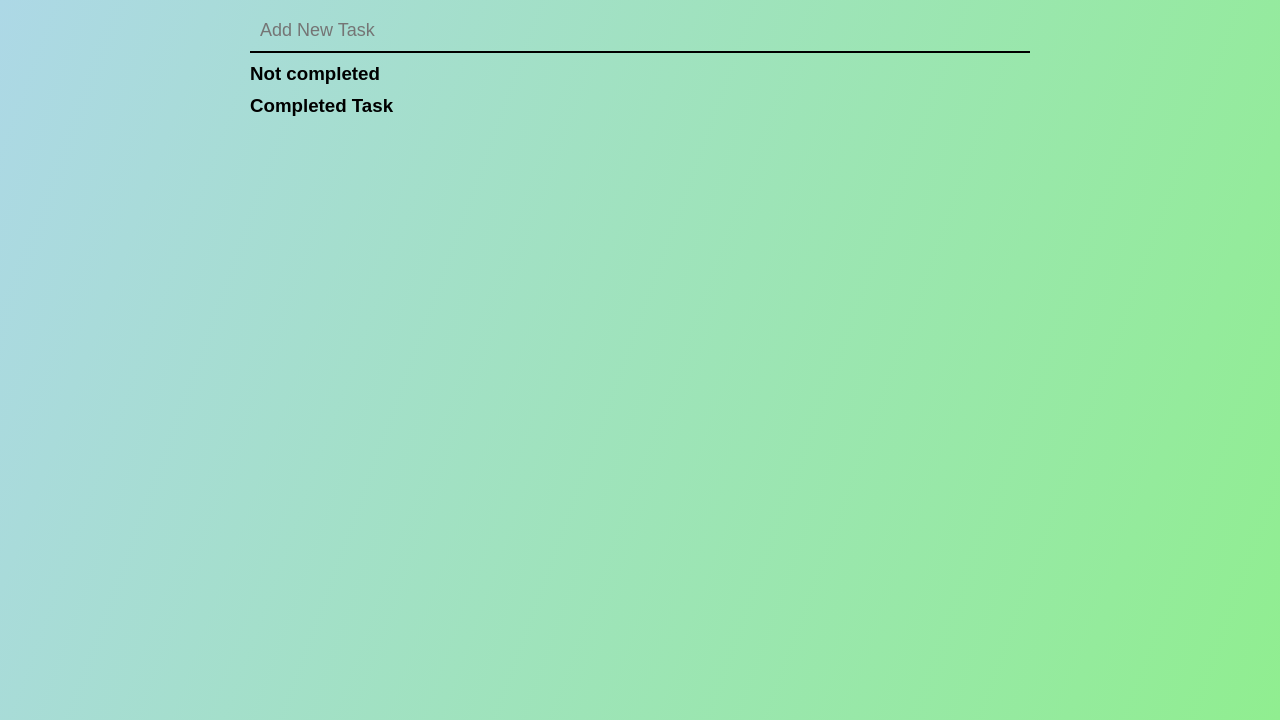
Repository: Mayur2905/OIBSIP
Page: Task-6/index.html
These files come from the project's save history. The page is drawn as it stood at one moment and after the next save; the edit follows.
The browser window is 1280 px wide. The pictures show the whole page.

Above is the page before, as saved 2022-02-05 20:47:35.

After the next save:
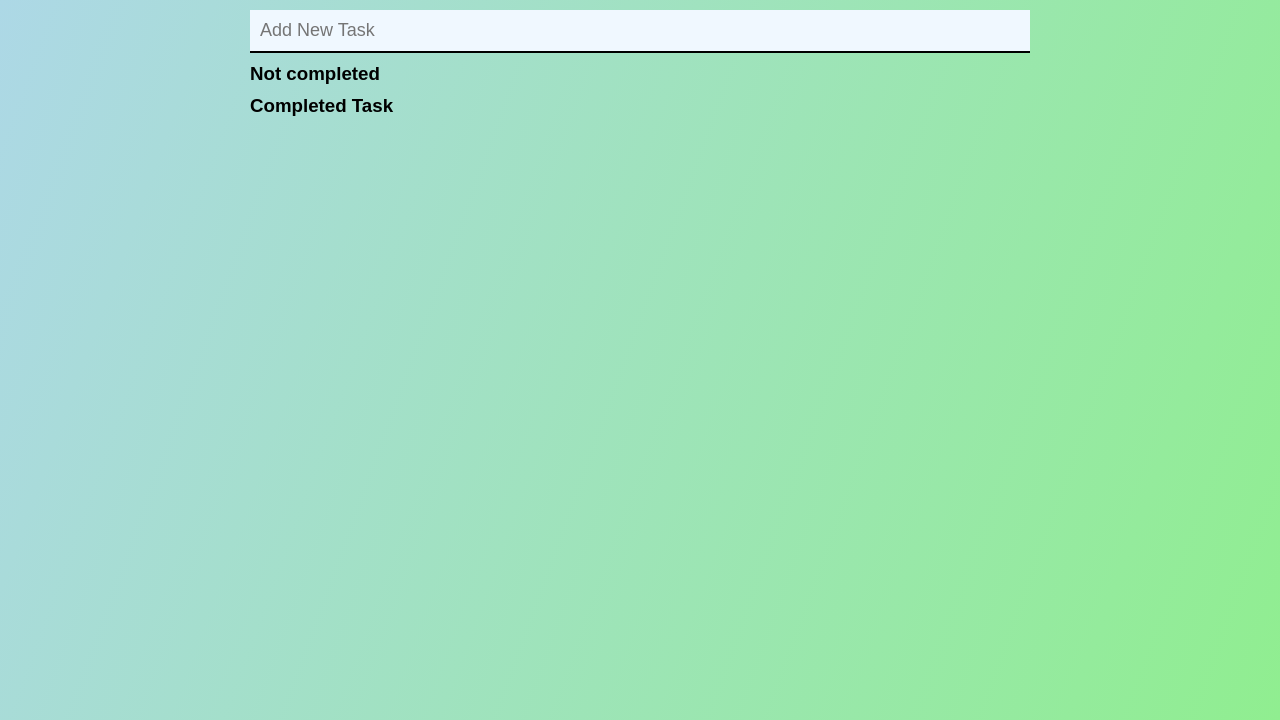
Saved 3 min 49 s later.
--- a/Task-6/style.css
+++ b/Task-6/style.css
@@ -18,7 +18,7 @@
   width: 100%;
   border: none;
   border-bottom: 2px solid #000;
-  background: none;
+  background-color: aliceblue;
   padding: 10px;
   outline: none;
   font-size: 18px;

After the save that followed:
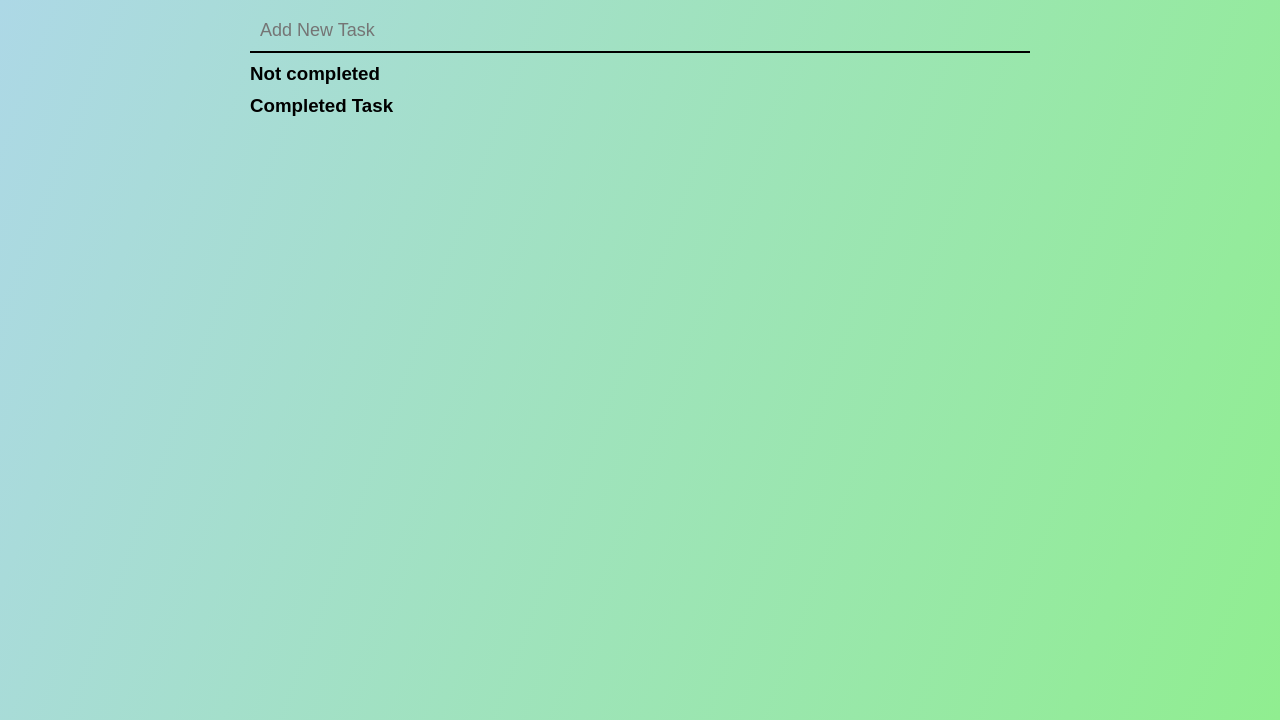
Saved 35 s later.
--- a/Task-6/style.css
+++ b/Task-6/style.css
@@ -18,7 +18,7 @@
   width: 100%;
   border: none;
   border-bottom: 2px solid #000;
-  background-color: aliceblue;
+  background: none;
   padding: 10px;
   outline: none;
   font-size: 18px;
